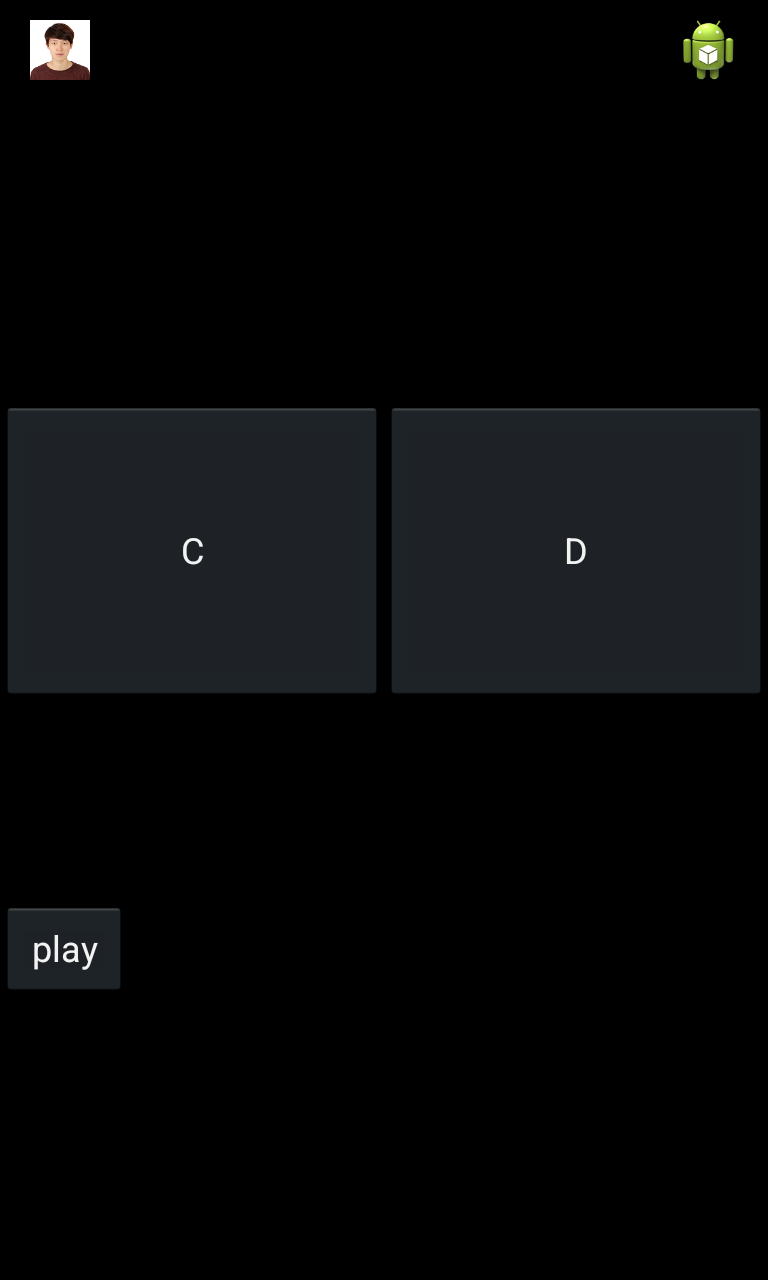
Repository: Minsu-Daniel-Kim/tipinboard1.0
Layout: TipinBoard1.0/res/layout/activity_main.xml
The author's editor kept a copy of each file at every save. The layout is drawn from the files as they stood at one save, then again after the next save.
It is drawn on a 768 x 1280 px phone screen (xhdpi) without system bars, with theme android:Theme.Holo; the app's code is not run.

Above is the layout before, as saved 2013-04-15 13:56:29.

### TipinBoard1.0/res/layout/activity_main.xml
<?xml version="1.0" encoding="utf-8"?>
<LinearLayout xmlns:android="http://schemas.android.com/apk/res/android"
    android:layout_width="fill_parent"
    android:layout_height="fill_parent"
    android:orientation="vertical" >

    <RelativeLayout
        android:id="@+id/imageView1"
        android:layout_width="fill_parent"
        android:layout_height="50dp"
        android:orientation="horizontal" >

        <RelativeLayout
            android:id="@+id/imageView1"
            android:layout_width="fill_parent"
            android:layout_height="50dp"
            android:onClick="myPage"
            android:orientation="horizontal" >

            <ImageView
                android:id="@+id/iv_profile"
                android:layout_width="40dp"
                android:layout_height="40dp"
                android:layout_alignParentBottom="true"
                android:layout_alignParentLeft="true"
                android:layout_margin="10dp"
                android:onClick="myPage"
                android:src="@drawable/daniel" />

            <TextView
                android:id="@+id/tv_username"
                android:layout_width="wrap_content"
                android:layout_height="fill_parent"
                android:layout_toRightOf="@+id/iv_profile"
                android:gravity="center_vertical"
                android:onClick="myPage"
                android:textStyle="bold" />
        </RelativeLayout>

        <ImageView
            android:layout_width="40dp"
            android:layout_height="40dp"
            android:layout_alignParentBottom="true"
            android:layout_alignParentRight="true"
            android:layout_margin="10dp"
            android:src="@drawable/ic_launcher" />
    </RelativeLayout>

    <LinearLayout
        xmlns:android="http://schemas.android.com/apk/res/android"
        android:layout_width="fill_parent"
        android:layout_height="wrap_content"
        android:orientation="horizontal" >

        <RelativeLayout
            android:id="@+id/button1"
            android:layout_width="0dp"
            android:layout_height="150dp"
            android:layout_weight="1"
            android:onClick="detail"
            android:text="A" >
        </RelativeLayout>

        <RelativeLayout
            android:id="@+id/button1"
            android:layout_width="0dp"
            android:layout_height="150dp"
            android:layout_weight="1"
            android:onClick="detail"
            android:text="A" >
        </RelativeLayout>
    </LinearLayout>

    <LinearLayout
        xmlns:android="http://schemas.android.com/apk/res/android"
        android:layout_width="fill_parent"
        android:layout_height="wrap_content"
        android:orientation="horizontal" >

        <Button
            android:id="@+id/button1"
            android:layout_width="0dp"
            android:layout_height="150dp"
            android:layout_weight="1"
            android:text="C" />

        <Button
            android:id="@+id/button1"
            android:layout_width="0dp"
            android:layout_height="150dp"
            android:layout_weight="1"
            android:text="D" />
    </LinearLayout>

    <FrameLayout
        android:id="@+id/videoLayout"
        android:layout_width="120dp"
        android:layout_height="100dp" />

    <Button
        android:id="@+id/button2"
        android:layout_width="wrap_content"
        android:layout_height="wrap_content"
        android:onClick="play"
        android:text="play" />

</LinearLayout>

After the next save:
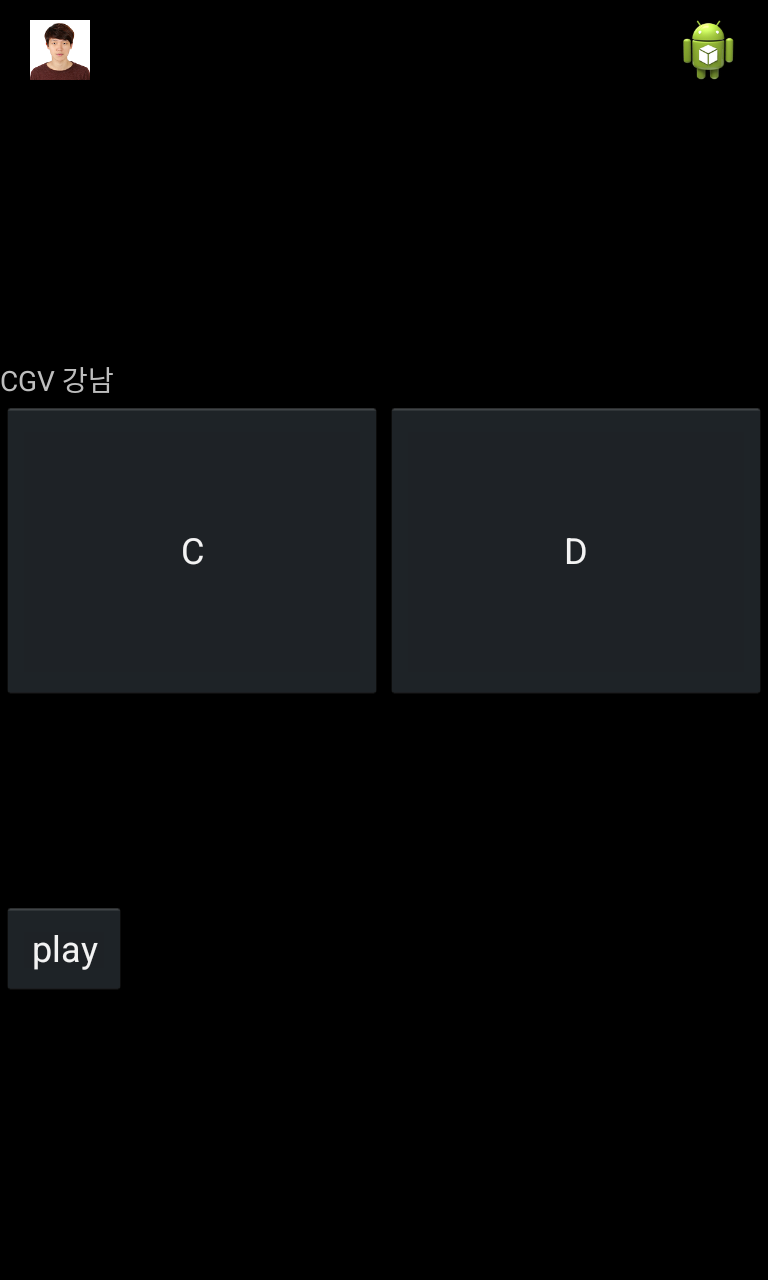
Saved 58 s later.
--- a/TipinBoard1.0/res/layout/activity_main.xml
+++ b/TipinBoard1.0/res/layout/activity_main.xml
@@ -59,6 +59,14 @@
             android:layout_weight="1"
             android:onClick="detail"
             android:text="A" >
+
+            <TextView
+                android:id="@+id/textView1"
+                android:layout_width="fill_parent"
+                android:layout_height="wrap_content"
+                android:layout_alignParentBottom="true"
+                android:text="CGV 강남" />
+
         </RelativeLayout>
 
         <RelativeLayout
